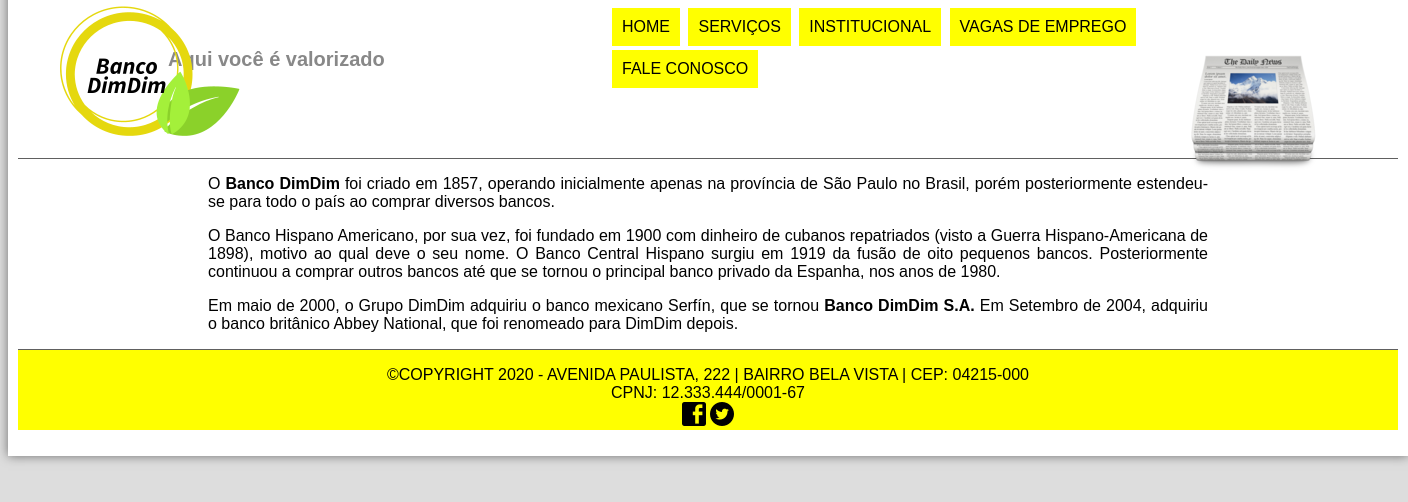
Repository: marceloShibuya/DevOps
Page: http://localhost/Nac_DevOPS/emprego.html
The author's editor kept a copy of each file at every save. The page is drawn from the files as they stood at one save, then again after the next save.
The browser window is 1280 px wide. The page is 1408 px wide, so the pictures cover 1408 px, including what lies to the right of the window. The pictures show the whole page.
Some web fonts or font styles are not loaded; a fallback is used. The page is served by Tomcat 9.

Above is the page before, as saved 2020-02-24 21:37:09.

After the next save:
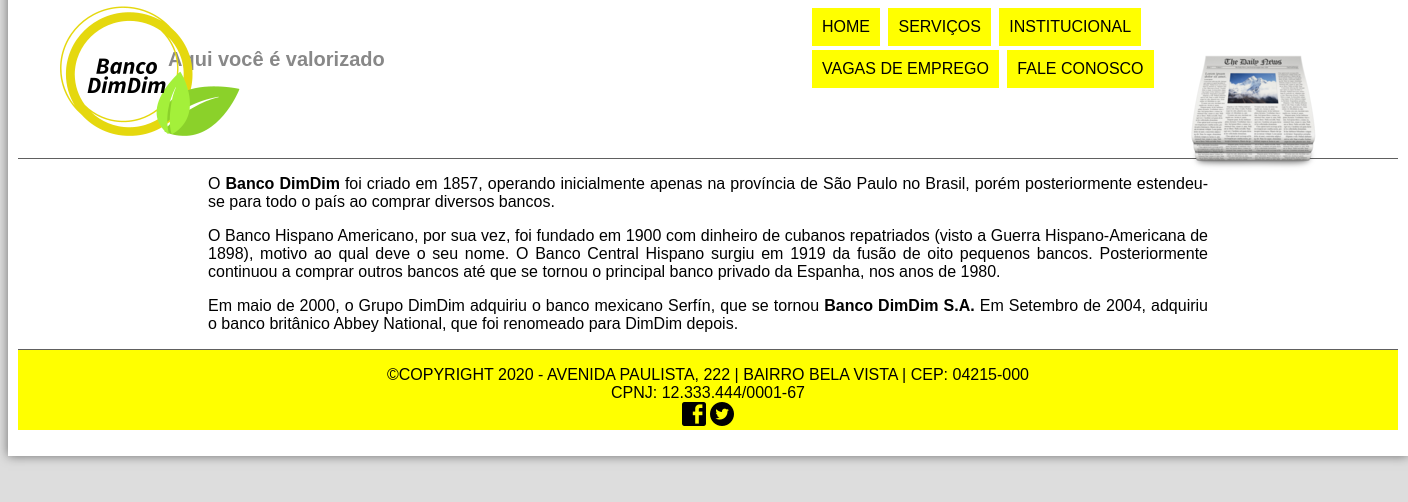
Saved 51 s later.
--- a/Nac_DevOPS/WebContent/_css/estilo.css
+++ b/Nac_DevOPS/WebContent/_css/estilo.css
@@ -92,7 +92,7 @@
 	text-transform: uppercase;
 	position: absolute;
 	top: -10px;
-	left: 570px;
+	left: 770px;
 }
 
 nav#menu li{

After the save that followed:
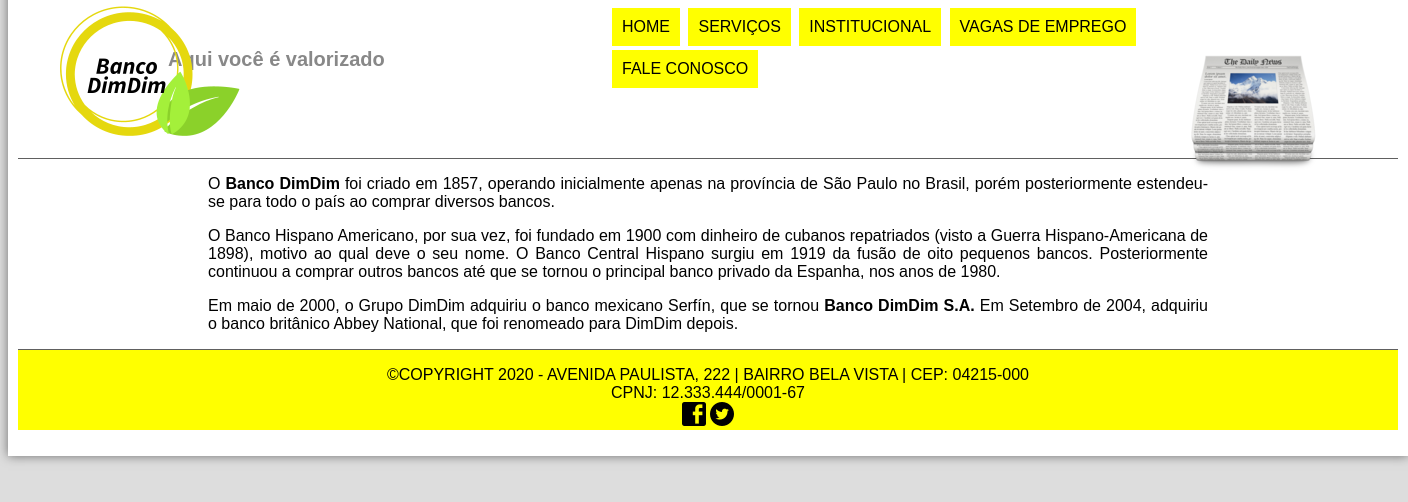
Saved 7 s later.
--- a/Nac_DevOPS/WebContent/_css/estilo.css
+++ b/Nac_DevOPS/WebContent/_css/estilo.css
@@ -92,7 +92,7 @@
 	text-transform: uppercase;
 	position: absolute;
 	top: -10px;
-	left: 770px;
+	left: 570px;
 }
 
 nav#menu li{
